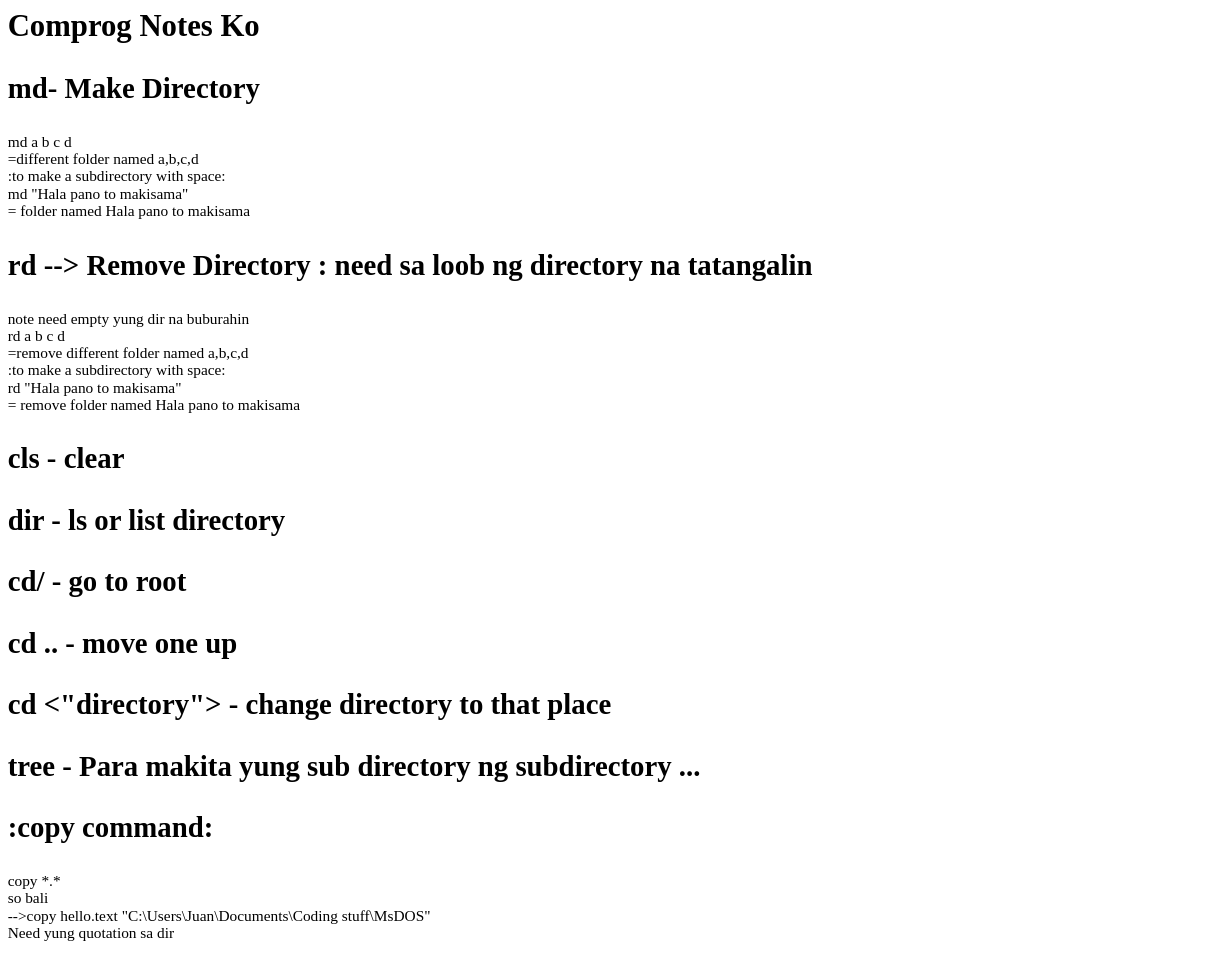
Repository: zwainer/Comprog
Page: index.html
These files come from the project's save history. The page is drawn as it stood at one moment and after the next save; the edit follows.
The browser window is 1280 px wide. The pictures show the whole page, at 96% of full size.

Above is the page before, as saved 2023-05-04 08:38:09.

### index.html
<html>
	<head>
		<link rel="stylesheet" href="index.css">
	</head>
	<h1>Comprog Notes Ko</h1>
<p class="StartCommand">md- Make Directory <br/></p>
	md a b c d  <br/>
		=different folder named a,b,c,d<br/>

	:to make a subdirectory with space:<br/>

	md "Hala pano to makisama"<br/>
		= folder named Hala pano to makisama<br/>

<p class="StartCommand">rd --> Remove Directory : need sa loob ng directory na tatangalin<br/></p>

	note need empty yung dir na buburahin<br/>

rd a b c d <br/>
		=remove different folder named a,b,c,d<br/>

	:to make a subdirectory with space:<br/>

	rd "Hala pano to makisama"<br/>

		= remove folder named Hala pano to makisama	<br/>


<p class="StartCommand">cls - clear<br/></p>

<p class="StartCommand">dir - ls or list directory<br/></p>

<p class="StartCommand">cd/ - go to root<br/></p>

<p class="StartCommand">cd .. - move one up<br/></p>

<p class="StartCommand">cd <"directory"> - change directory to that place<br/></p>

<p class="StartCommand">tree - Para makita yung sub directory ng subdirectory ...<br/></p>

<p class="StartCommand">:copy command:<br/></p>

copy *.*<br/>

	so bali <br/>
		-->copy hello.text "C:\Users\Juan\Documents\Coding stuff\MsDOS"<br/>
			Need yung quotation sa dir<br/>


		</p>
</html>

### index.css
.StartCommand{
    font-size: 30px;
    font-family: ;
    font-weight: bold;
}

After the next save:
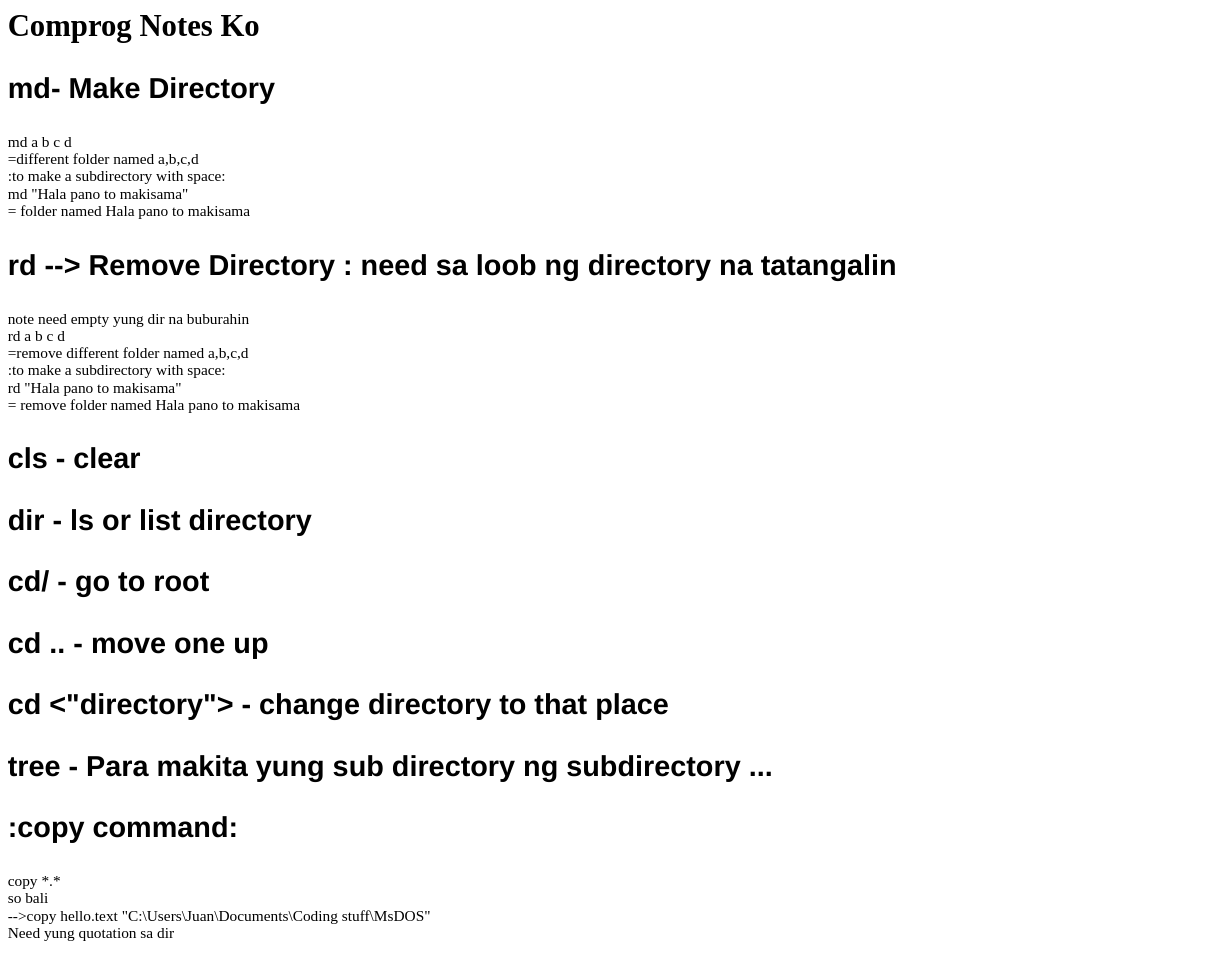
Saved 5 s later.
--- a/index.css
+++ b/index.css
@@ -1,5 +1,5 @@
 .StartCommand{
     font-size: 30px;
-    font-family: ;
+    font-family: 'Franklin Gothic Medium';
     font-weight: bold;
 }
